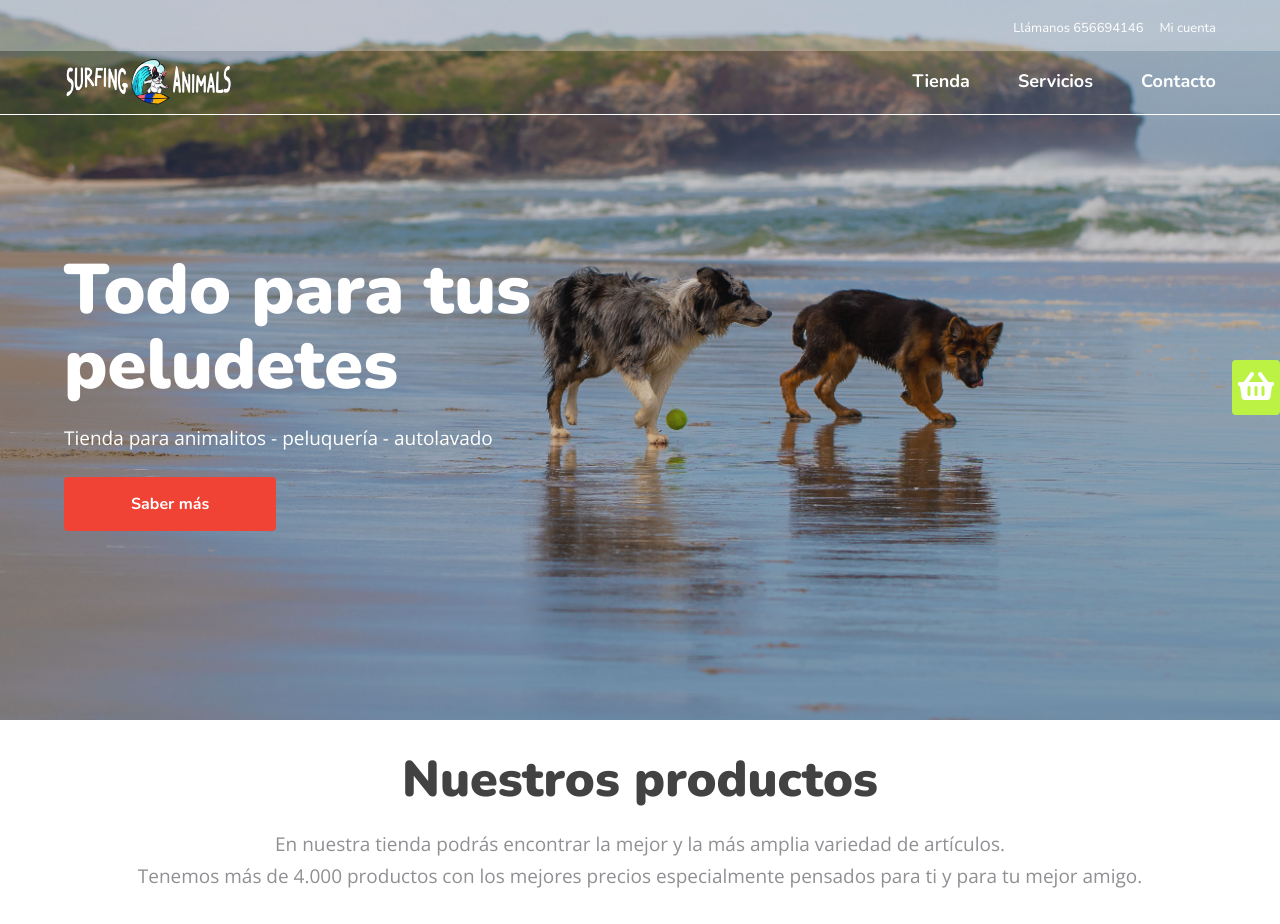
Repository: MarilynCuore/landingVet
Page: index.html
An editor plug-in stored every save of this project. The page is shown before and after the next save, followed by the edit.
The browser window is 1280 px wide. The pictures show the part of the page from y = 0 to 924 px (the page is 2681 px tall before and 2713 px after).
Pictures or frames that could not be fetched are drawn as grey boxes. Some web libraries are served in a nearby version. The style sheet was rebuilt from its Sass, Less or Tailwind sources for each picture, by a compiler version that may differ from the author's.

Above is the page before, as saved 2020-05-27 16:05:01.

After the next save:
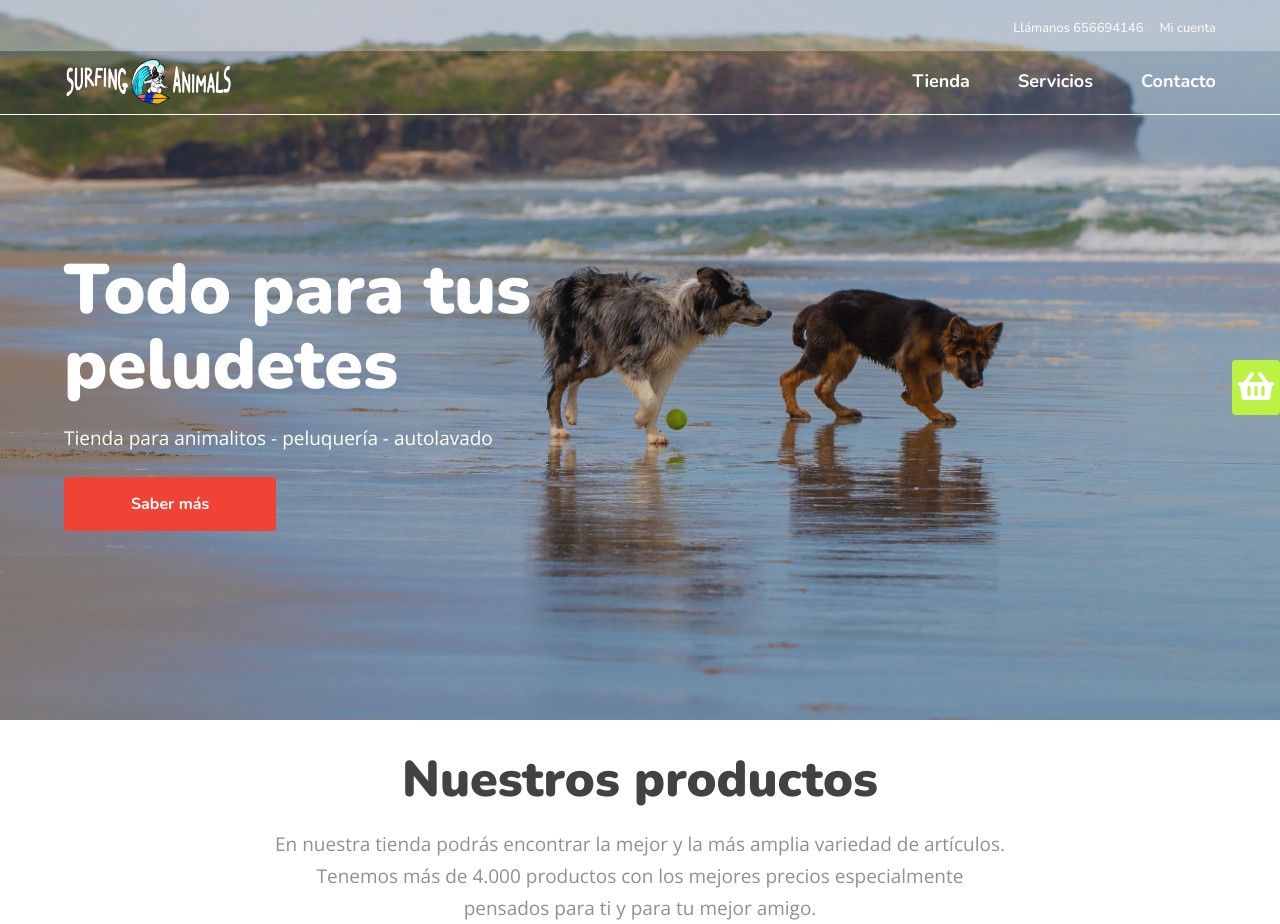
Saved 14 s later.
--- a/index.html
+++ b/index.html
@@ -69,7 +69,7 @@
             <div class="title">
                 <h2>Nuestros productos</h2>
                 <p>En nuestra tienda podrás encontrar la mejor y la más amplia variedad de artículos. <br>Tenemos más de
-                    4.000 productos con los mejores precios especialmente pensados para ti y para tu mejor amigo.</p>
+                    4.000 productos con los mejores precios especialmente <br>pensados para ti y para tu mejor amigo.</p>
             </div>
             <div class="grid">
                 <div class="grid__container">
